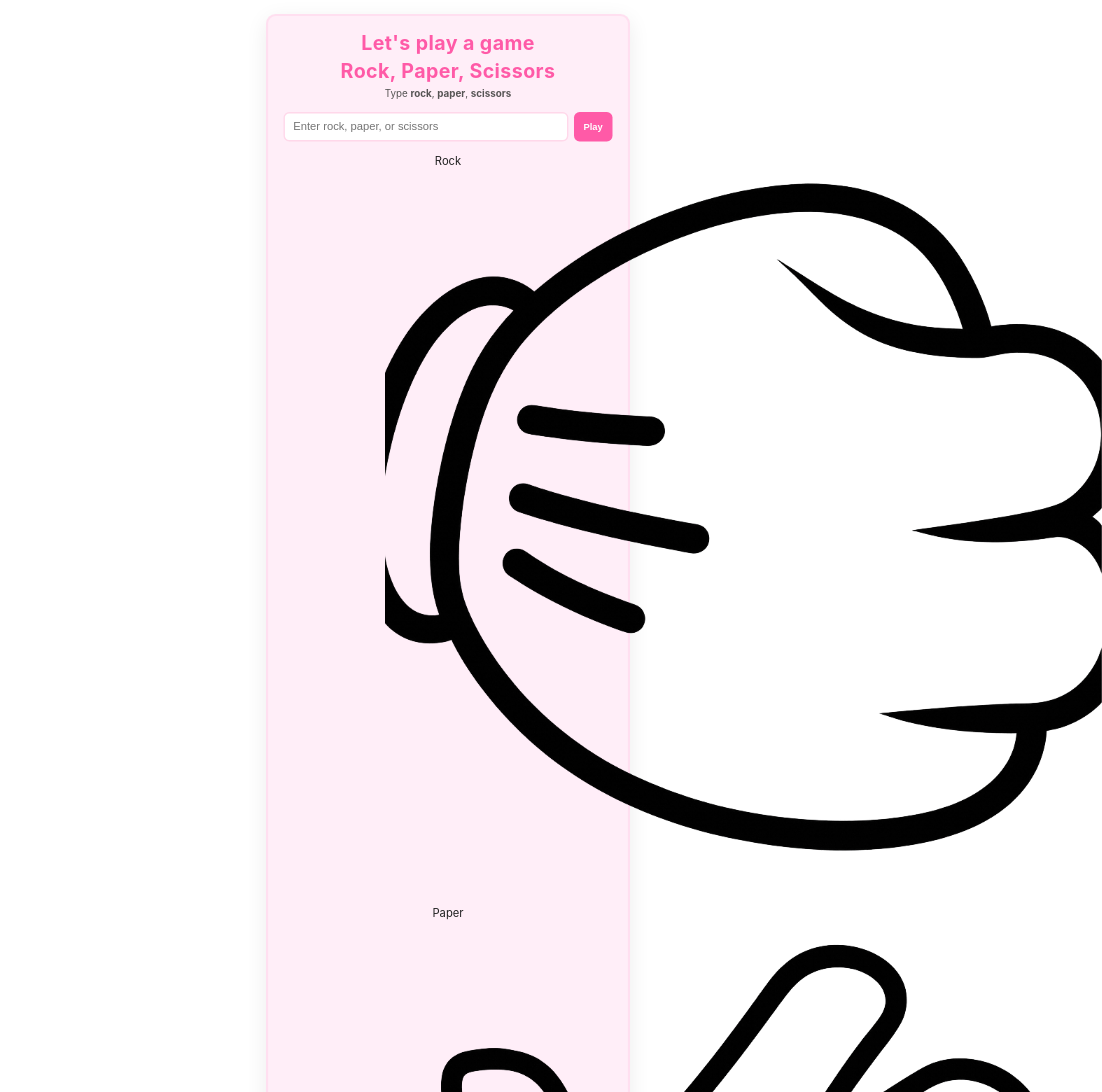
Repository: brittanyramirez/RPS-Game
Page: rps.html
The author's editor kept a copy of each file at every save. The page is drawn from the files as they stood at one save, then again after a run of saves.
The browser window is 1280 px wide. The page is 1574 px wide, so the pictures cover 1574 px, including what lies to the right of the window. The pictures show the part of the page from y = 0 to 1560 px (the page is 4031 px tall), at 70% of full size.

Above is the page before, as saved 2025-11-14 11:38:12.

### rps.html
<!DOCTYPE html>
<html lang="en">
<head>
    <meta charset="UTF-8">
    <meta name="viewport" content="width=device-width, initial-scale=1.0">
    <link rel="stylesheet" href="rps.css">
    <title>Rock Paper Scissor Game</title>

</head>
<body>
    <!-- This is the main container that holds the whole game-->
    <div class="container">
         <h1 class="title">Let's play a game</h1>
         <h2 class="title">Rock, Paper, Scissors</h2>
         <p class="subtitle"> Type <strong>rock</strong>, <strong>paper</strong>, <strong>scissors</strong></p>
         <!-- this is the input box-->
         <div class="input-row">
            <input id="userInput" type="text" placeholder="Enter rock, paper, or scissors" autocomplete="off">
            <button id="playBtn"> Play</button>
    </div>

    <div class="display">
        <div class="choice-block">
            <div class="label">Rock</div>
            <img id="rps" src="images/rockmickey.png" alt="rock">

     </div>
      <div class="display">
        <div class="choice-block">
            <div class="label">Paper</div>
            <img id="rps" src="images/paperminnie.png" alt="paper">

     </div>
      <div class="display">
        <div class="choice-block">
            <div class="label">Scissors</div>
            <img id="rps" src="images/scissorsminnie.png" alt="scissors">

     </div>

<script src="rps.js"></script>

     <footer>
Thank you for playing our Minnie Mouse themed Rock Paper Scissors.
</footer>
    </body>

</html>

### rps.css
:root{
    --bg: #fff6fb;
    --card: #ffeef8;
    --accent: #ff5aa7;
    --text: #222;
    --muted: #565454;
}
*{box-sizing:border-box}
/* asterisk= universal selector ; applying this to every element on the entire page---- changes how width and height are calculated for all elements. Prevents from elements from accidentally growing bigger
*/

body{
    margin: 0;
    font-family: apple-system, BlinkMacSystemFont, "Segoe UI", Roboto, "Helvetica Neue", Arial;
    background: linear-gradient(180deg,var (--bg), #fff);
    color:var(--text);
    display: flex;
    align-items: center;
    justify-content: center;
    min-height: 100vh;
    padding: 20px;
}

.container{
    width: 100%;
    max-width: 520px;
    background: var(--card);
    border-radius: 14px;
    padding: 22px;
    box-shadow: 0 8px 30px rgba(0,0,0,0.08);
    text-align: center;
    border: 3px solid rgba(255,90,167,0.1);
}
.title{
    margin: 0 0 6px;
    font-size: 28px;
    letter-spacing: 0.6px;
    color:var(--accent);
}

.subtitle{
    margin: 0 0 18px;
    color:var(--muted);
    font-size:14px;
}

.input-row{
    display:flex;
    gap:8px;
    justify-content: center;
    margin-bottom:18px;
}

input#userInput{
    flex:1;
    padding: 10px 12px;
    font-size:16px;
    border-radius: 8px;
    border: 2px solid #ffd8ea;
    outline:none;
    background: #fff;
}

button#playBtn{
    padding: 10px 14px;
    border-radius: 8px;
    background:var(--accent);
    color:white;
    font-weight: 600;
    border:none;
    cursor: pointer;
}

.display{
    display: flex;
    gap:18px;
    justify-content: center;
    margin-top:8px;
    flex-wrap: wrap;
}

.choice-block{
    width:180px;

}

Loaded but not shown: rps.js (no copy from this time; the picture is the same without it)

After the next 2 saves:
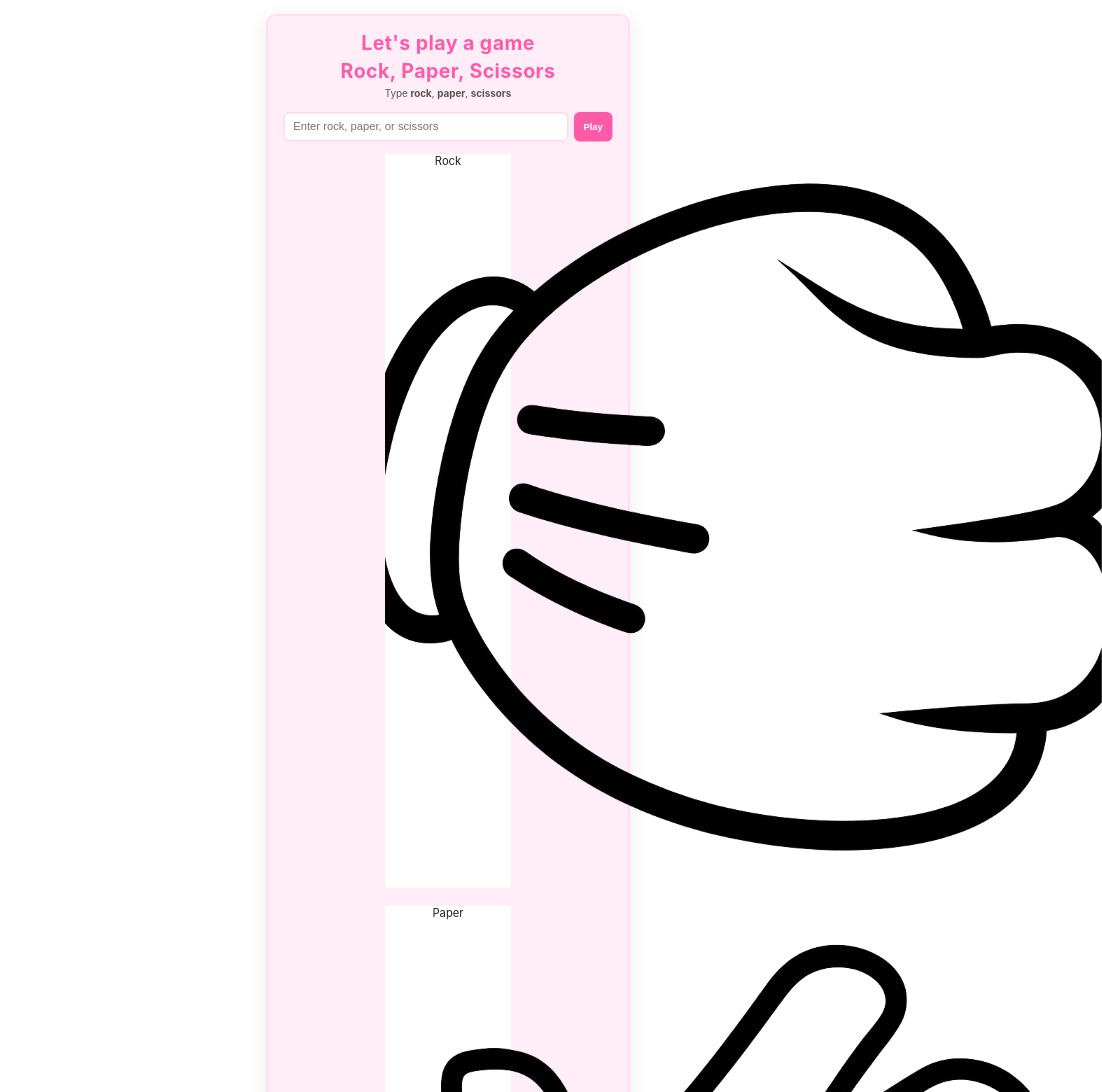
The 2 saves are shown as one change because they came seconds apart.
The last was saved 7 s later.
--- a/rps.css
+++ b/rps.css
@@ -81,5 +81,6 @@
 
 .choice-block{
     width:180px;
-
+    background:white;
+    border
 }
